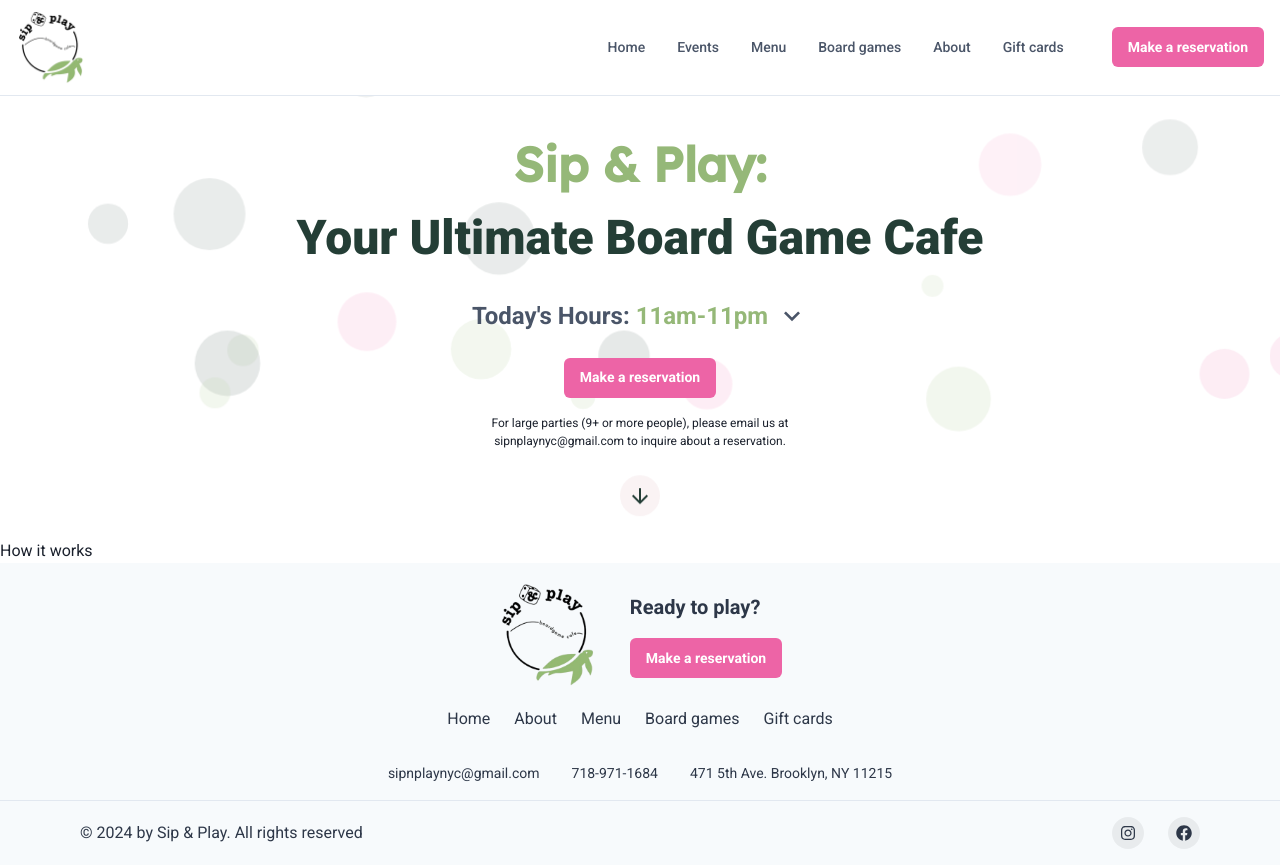
Repository: natespinetti/codedexsummerhackathon
Page: /
The author's editor kept a copy of each file at every save. The page is drawn from the files as they stood at one save, then again after the next save.
The browser window is 1280 px wide. The pictures show the whole page.
The project was rebuilt for these pictures with package versions that can differ from the ones it lists, and the page was loaded fresh each time. The framework's server and built-in components were replaced by stand-ins that run in the browser. Also part of the build but not shown: next.config.mjs.

Above is the page before, as saved 2024-07-11 16:44:32.

### app/layout.tsx
"use client";
import Head from "next/head";
import React from "react";
import Header from "./components/Header";
import Footer from "./components/Footer";
import { Providers } from "./components/Providers";

export default function RootLayout({
  children,
}: {
  children: React.ReactNode;
}) {
  return (
    <html lang="en">
      <Head>
        <title>Sip & Play</title>
        <meta name="description" content="Board games and boba!" />
        <meta name="viewport" content="width=device-width, initial-scale=1" />
        <link rel="icon" href="/favicons/favicon.ico" />
      </Head>
      <body>
        <Providers>
          <Header />
          <main>{children}</main>
          <Footer />
        </Providers>
      </body>
    </html>
  );
}

### app/page.tsx
import Image from "next/image";
import HomeHero from "./components/HomeHero";
import { Box, Text, Button, keyframes } from "@chakra-ui/react";

export default function Home() {
  return (
    <>
      <HomeHero />
      <Text as="h2">How it works</Text>
    </>
  );
}

### app/components/Header.tsx
"use client";

import {
  Box,
  Flex,
  Text,
  IconButton,
  Button,
  Stack,
  Collapse,
  Icon,
  Popover,
  PopoverTrigger,
  PopoverContent,
  useColorModeValue,
  useBreakpointValue,
  Image,
  useDisclosure,
} from "@chakra-ui/react";
import {
  HamburgerIcon,
  CloseIcon,
  ChevronDownIcon,
  ChevronRightIcon,
} from "@chakra-ui/icons";
import CurrentDayHours from "./CurrentDaysHours";

export default function Header() {
  const { isOpen, onToggle } = useDisclosure();

  return (
    <Box>
      <Flex
        bg={useColorModeValue("white", "gray.800")}
        color={useColorModeValue("gray.600", "white")}
        minH={"60px"}
        py={{ base: 2 }}
        px={{ base: 4 }}
        borderBottom={1}
        borderStyle={"solid"}
        borderColor={useColorModeValue("gray.200", "gray.900")}
        align={"center"}
      >
        <Flex
          flex={{ base: 1, md: "auto" }}
          ml={{ base: -2 }}
          display={{ base: "flex", md: "none" }}
        >
          <IconButton
            onClick={onToggle}
            icon={
              isOpen ? <CloseIcon w={3} h={3} /> : <HamburgerIcon w={5} h={5} />
            }
            variant={"ghost"}
            aria-label={"Toggle Navigation"}
          />
        </Flex>
        <Flex flex={{ base: 1 }} justify={{ base: "center", md: "start" }}>
          <Text
            textAlign={useBreakpointValue({ base: "center", md: "left" })}
            fontFamily={"heading"}
            color={useColorModeValue("gray.800", "white")}
          >
            <Image
              maxW="70px"
              src="/logos/sipnplay2.png"
              alt="Sip & Play Logo"
            />
          </Text>

          <Flex
            display={{ base: "none", md: "flex" }}
            mr={10}
            alignItems="center"
            ml="auto"
          >
            <DesktopNav />
          </Flex>
        </Flex>

        <Stack
          flex={{ base: 1, md: 0 }}
          justify={"flex-end"}
          direction={"row"}
          spacing={6}
        >
          <Button
            as={"a"}
            display={{ base: "none", md: "inline-flex" }}
            fontSize={"sm"}
            fontWeight={600}
            color={"white"}
            bg={"pink.400"}
            href={"https://www.exploretock.com/sipnplay/"}
            target="_blank"
            _hover={{
              bg: "pink.300",
            }}
          >
            Make a reservation
          </Button>
        </Stack>
      </Flex>

      <Collapse in={isOpen} animateOpacity>
        <MobileNav />
      </Collapse>
    </Box>
  );
}

const DesktopNav = () => {
  const linkColor = useColorModeValue("gray.600", "gray.200");
  const linkHoverColor = useColorModeValue("gray.800", "white");
  const popoverContentBgColor = useColorModeValue("white", "gray.800");

  return (
    <Stack direction={"row"} spacing={4}>
      {NAV_ITEMS.map((navItem) => (
        <Box key={navItem.label}>
          <Popover trigger={"hover"} placement={"bottom-start"}>
            <PopoverTrigger>
              <Box
                as="a"
                p={2}
                href={navItem.href ?? "#"}
                fontSize={"sm"}
                fontWeight={500}
                color={linkColor}
                _hover={{
                  textDecoration: "none",
                  color: linkHoverColor,
                }}
              >
                {navItem.label}
              </Box>
            </PopoverTrigger>

            {navItem.children && (
              <PopoverContent
                border={0}
                boxShadow={"xl"}
                bg={popoverContentBgColor}
                p={4}
                rounded={"xl"}
                minW={"sm"}
              >
                <Stack>
                  {navItem.children.map((child) => (
                    <DesktopSubNav key={child.label} {...child} />
                  ))}
                </Stack>
              </PopoverContent>
            )}
          </Popover>
        </Box>
      ))}
    </Stack>
  );
};

const DesktopSubNav = ({ label, href, subLabel }: NavItem) => {
  return (
    <Box
      as="a"
      href={href}
      role={"group"}
      display={"block"}
      p={2}
      rounded={"md"}
      _hover={{ bg: useColorModeValue("pink.50", "gray.900") }}
    >
      <Stack direction={"row"} align={"center"}>
        <Box>
          <Text
            transition={"all .3s ease"}
            _groupHover={{ color: "pink.400" }}
            fontWeight={500}
          >
            {label}
          </Text>
          <Text fontSize={"sm"}>{subLabel}</Text>
        </Box>
        <Flex
          transition={"all .3s ease"}
          transform={"translateX(-10px)"}
          opacity={0}
          _groupHover={{ opacity: "100%", transform: "translateX(0)" }}
          justify={"flex-end"}
          align={"center"}
          flex={1}
        >
          <Icon color={"pink.400"} w={5} h={5} as={ChevronRightIcon} />
        </Flex>
      </Stack>
    </Box>
  );
};

const MobileNav = () => {
  return (
    <Stack
      bg={useColorModeValue("white", "gray.800")}
      p={4}
      display={{ md: "none" }}
    >
      {NAV_ITEMS.map((navItem) => (
        <MobileNavItem key={navItem.label} {...navItem} />
      ))}
    </Stack>
  );
};

const MobileNavItem = ({ label, children, href }: NavItem) => {
  const { isOpen, onToggle } = useDisclosure();

  return (
    <Stack spacing={4} onClick={children && onToggle}>
      <Box
        py={2}
        as="a"
        href={href ?? "#"}
        justifyContent="space-between"
        alignItems="center"
        _hover={{
          textDecoration: "none",
        }}
      >
        <Text
          fontWeight={600}
          color={useColorModeValue("gray.600", "gray.200")}
        >
          {label}
        </Text>
        {children && (
          <Icon
            as={ChevronDownIcon}
            transition={"all .25s ease-in-out"}
            transform={isOpen ? "rotate(180deg)" : ""}
            w={6}
            h={6}
          />
        )}
      </Box>

      <Collapse in={isOpen} animateOpacity style={{ marginTop: "0!important" }}>
        <Stack
          mt={2}
          pl={4}
          borderLeft={1}
          borderStyle={"solid"}
          borderColor={useColorModeValue("gray.200", "gray.700")}
          align={"start"}
        >
          {children &&
            children.map((child) => (
              <Box as="a" key={child.label} py={2} href={child.href}>
                {child.label}
              </Box>
            ))}
        </Stack>
      </Collapse>
    </Stack>
  );
};

interface NavItem {
  label: string;
  subLabel?: string;
  children?: Array<NavItem>;
  href?: string;
}

const NAV_ITEMS: Array<NavItem> = [
  {
    label: "Home",
    href: "/",
  },
  {
    label: "Events ",
    href: "/",
  },
  {
    label: "Menu",
    children: [
      {
        label: "Coffee",
        subLabel: "Hot and iced coffee options",
        href: "#",
      },
      {
        label: "Specialty drinks",
        subLabel: "Spice it up with flavors and teas",
        href: "#",
      },
      {
        label: "Boba",
        subLabel: "Who doesn't love boba?",
        href: "#",
      },
      {
        label: "Hot bites",
        subLabel: "Some snacks while you play",
        href: "#",
      },
      {
        label: "Sandwiches & salads",
        subLabel: "Need something more? This is the place",
        href: "#",
      },
      {
        label: "Seasonal specials",
        subLabel: "Bevs to fit the season",
        href: "#",
      },
      {
        label: "Beer/wine",
        subLabel: "Rotating menu from local breweries",
        href: "#",
      },
    ],
  },
  {
    label: "Board games",
    href: "#",
  },
  {
    label: "About",
    children: [
      {
        label: "Our story",
        subLabel: "Where it all started",
        href: "#",
      },
      {
        label: "Feedback",
        subLabel: "Let us know what you think",
        href: "#",
      },
    ],
  },
  {
    label: "Gift cards",
    href: "#",
  },
];

### app/components/Footer.tsx
"use client";

import {
  Box,
  chakra,
  Container,
  Stack,
  Text,
  useColorModeValue,
  Button,
  Image,
  VisuallyHidden,
} from "@chakra-ui/react";
import { FaInstagram, FaTwitter, FaYoutube, FaFacebook } from "react-icons/fa";
import { ReactNode } from "react";

const SocialButton = ({
  children,
  label,
  href,
}: {
  children: ReactNode;
  label: string;
  href: string;
}) => {
  return (
    <chakra.button
      bg={useColorModeValue("blackAlpha.100", "whiteAlpha.100")}
      rounded={"full"}
      w={8}
      h={8}
      cursor={"pointer"}
      as={"a"}
      href={href}
      display={"inline-flex"}
      alignItems={"center"}
      justifyContent={"center"}
      transition={"background 0.3s ease"}
      _hover={{
        bg: useColorModeValue("blackAlpha.200", "whiteAlpha.200"),
      }}
    >
      <VisuallyHidden>{label}</VisuallyHidden>
      {children}
    </chakra.button>
  );
};

export default function Footer() {
  return (
    <>
      {/* <iframe
        src="https://www.google.com/maps/embed?pb=!1m19!1m8!1m3!1d48423.28708097213!2d-73.98076851318362!3d40.66393288184943!3m2!1i1024!2i768!4f13.1!4m8!3e0!4m0!4m5!1s0x89c25b963c296a77%3A0x33cab105836ef465!2sSip%20%26%20Play%2C%20471%205th%20Ave%2C%20Brooklyn%2C%20NY%2011215!3m2!1d40.668128599999996!2d-73.9869454!5e0!3m2!1sen!2sus!4v1720729656891!5m2!1sen!2sus"
        width="100%"
        height="200"
        style={{ border: 0 }}
        loading="lazy"
        referrerPolicy="no-referrer-when-downgrade"
      ></iframe> */}
      <Box
        bg={useColorModeValue("gray.50", "gray.900")}
        color={useColorModeValue("gray.700", "gray.200")}
      >
        <Container
          as={Stack}
          maxW={"6xl"}
          py={4}
          spacing={4}
          justify={"center"}
          align={"center"}
        >
          <Box display="flex" flexDir="row" alignItems="center" gridGap="2rem">
            <Image
              maxW="100px"
              src="/logos/sipnplay2.png"
              alt="Sip & Play Logo"
            />
            <Box>
              <Text fontWeight={700} fontSize="20px" pb="1rem">
                Ready to play?
              </Text>
              <Button
                as={"a"}
                display={{ base: "none", md: "inline-flex" }}
                fontSize={"sm"}
                fontWeight={600}
                color={"white"}
                bg={"pink.400"}
                href={"https://www.exploretock.com/sipnplay/"}
                target="_blank"
                _hover={{
                  bg: "pink.300",
                }}
              >
                Make a reservation
              </Button>
            </Box>
          </Box>
          <Stack direction={"row"} spacing={6}>
            <Box as="a" href={"#"}>
              Home
            </Box>
            <Box as="a" href={"#"}>
              About
            </Box>
            <Box as="a" href={"#"}>
              Menu
            </Box>
            <Box as="a" href={"#"}>
              Board games
            </Box>
            <Box as="a" href={"#"}>
              Gift cards
            </Box>
          </Stack>
          <Box
            display="flex"
            flexDir="row"
            gridGap="2rem"
            fontSize="14px"
            mt="1rem"
          >
            <Text as="a" href={"mailto:sipnplaynyc@gmail.com"}>
              sipnplaynyc@gmail.com
            </Text>
            <Text as="a" href={"tel:718-971-1684"}>
              718-971-1684
            </Text>
            <Text
              as="a"
              target="_blank"
              href={
                "https://www.google.com/maps/dir//471+5th+Ave,+Brooklyn,+NY+11215/@40.6680993,-74.0693463,12z/data=!4m8!4m7!1m0!1m5!1m1!1s0x89c25b963c296a77:0x33cab105836ef465!2m2!1d-73.9869454!2d40.6681286?entry=ttu"
              }
            >
              471 5th Ave. Brooklyn, NY 11215
            </Text>
          </Box>
        </Container>

        <Box
          borderTopWidth={1}
          borderStyle={"solid"}
          borderColor={useColorModeValue("gray.200", "gray.700")}
        >
          <Container
            as={Stack}
            maxW={"6xl"}
            py={4}
            direction={{ base: "column", md: "row" }}
            spacing={4}
            justify={{ base: "center", md: "space-between" }}
            align={{ base: "center", md: "center" }}
          >
            <Text>© 2024 by Sip & Play. All rights reserved</Text>
            <Stack direction={"row"} spacing={6}>
              <SocialButton
                label={"Instagram"}
                href={"https://www.instagram.com/sipnplaynyc/?hl=en"}
              >
                <FaInstagram />
              </SocialButton>
              <SocialButton
                label={"Facebook"}
                href={"https://www.facebook.com/sipnplaynyc/"}
              >
                <FaFacebook />
              </SocialButton>
            </Stack>
          </Container>
        </Box>
      </Box>
    </>
  );
}

### app/components/Providers.tsx
import { SPTheme } from "@/ui/theme/theme";
import { ChakraProvider } from "@chakra-ui/react";
import { ReactNode } from "react";

export function Providers({ children }: { children: ReactNode }) {
  return <ChakraProvider theme={SPTheme}>{children}</ChakraProvider>;
}

### app/components/HomeHero.tsx
"use client";
import { Box, Text, Button, keyframes } from "@chakra-ui/react";
import CurrentDayHours from "./CurrentDaysHours";
import {
  HamburgerIcon,
  CloseIcon,
  ChevronDownIcon,
  ArrowDownIcon,
} from "@chakra-ui/icons";

const bubbleAnimation = keyframes`
  0% {
    transform: translateY(100px) scale(1);
    opacity: 1;
  }
  100% {
    transform: translateY(-1000px) scale(1.5);
    opacity: 0;
  }
`;

const upDownAnimation = keyframes`
  0% {
    transform: translateY(0);
  }
  50% {
    transform: translateY(10px);
  }
  100% {
    transform: translateY(0px);
  }
`;

const bubbles = new Array(20).fill(0).map((_, index) => ({
  id: index,
  size: Math.random() * 3 + 1,
  left: Math.random() * 100,
  animationDuration: Math.random() * 20 + 10,
  animationDelay: Math.random() * 100,
}));

export default function HomeHero() {
  return (
    <>
      <Box position="relative" overflow="hidden" h="100%" w="100%">
        {bubbles.map((bubble, index) => (
          <Box
            key={bubble.id}
            position="absolute"
            bottom="0"
            left={`${bubble.left}%`}
            width={`${bubble.size}rem`}
            height={`${bubble.size}rem`}
            bg={
              index % 3 === 0
                ? "rgba(148, 185, 115, 0.3)"
                : index % 3 === 1
                ? "rgba(36, 62, 54, 0.3)"
                : "rgba(237, 100, 166, 0.3)"
            }
            borderRadius="50%"
            animation={`${bubbleAnimation} ${bubble.animationDuration}s linear infinite`}
            transitionDelay={`${bubble.animationDelay}s`}
          />
        ))}
        <Box
          position="relative"
          w="100vw"
          p="2rem"
          display="flex"
          flexDir="column"
          justifyItems="center"
          alignItems="center"
          gridGap="1rem"
          bg="rgba(255, 255, 255, 0.5)"
        >
          <Text
            as="h1"
            fontFamily="body"
            fontWeight="900"
            fontSize="3rem"
            color="#243E36"
            textAlign="center"
          >
            <Text
              as="span"
              color="#95b878"
              fontWeight="900"
              fontFamily="heading"
              fontSize="3rem"
            >
              Sip & Play:
              <br />
            </Text>
            Your Ultimate Board Game Cafe
          </Text>
          <CurrentDayHours />
          <Button
            as={"a"}
            display={{ base: "none", md: "inline-flex" }}
            fontSize={"sm"}
            fontWeight={600}
            color={"white"}
            bg={"pink.400"}
            href={"https://www.exploretock.com/sipnplay/"}
            target="_blank"
            _hover={{
              bg: "pink.300",
            }}
          >
            Make a reservation
          </Button>

          <Text
            fontSize="12px"
            w={{ base: "100%", md: "30%" }}
            textAlign="center"
          >
            For large parties (9+ or more people), please email us at{" "}
            <Text as="a" href="mailto:sipnplaynyc@gmail.com">
              sipnplaynyc@gmail.com
            </Text>{" "}
            to inquire about a reservation.
          </Text>
          <Box
            bg="rgba(246, 232, 234, 0.5)"
            p=".5rem"
            borderRadius="50%"
            animation={`${upDownAnimation} 4s ease-in-out infinite`}
          >
            <ArrowDownIcon color="#243E36" fontSize="1.5rem" />
          </Box>
        </Box>
      </Box>
    </>
  );
}

### ui/theme/theme.tsx
import { extendTheme } from "@chakra-ui/react";
import { fonts } from "./fonts";

const overrides = {
  fonts,
};

export const SPTheme = extendTheme(overrides);

### app/components/CurrentDaysHours.tsx
import React, { useState } from "react";
import { Box, Text, useColorModeValue, useDisclosure } from "@chakra-ui/react";
import {
  Popover,
  PopoverTrigger,
  PopoverContent,
  PopoverHeader,
  PopoverBody,
  PopoverFooter,
  PopoverArrow,
  PopoverCloseButton,
  Button,
  PopoverAnchor,
} from "@chakra-ui/react";
import {
  HamburgerIcon,
  CloseIcon,
  ChevronDownIcon,
  ChevronRightIcon,
} from "@chakra-ui/icons";

const openingHours: { [key: number]: string } = {
  0: "10am-11pm", //Sunday
  1: "11am-11pm", // Monday
  2: "11am-11pm", // Tuesday
  3: "11am-11pm", // Wednesday
  4: "11am-11pm", // Thursday
  5: "11am-12am", // Friday
  6: "10am-12am", // Saturday
};

export default function CurrentDayHours() {
  const { isOpen, onOpen, onClose } = useDisclosure();

  const currentDay = new Date().getDay();
  const hours = openingHours[currentDay];
  const linkColor = useColorModeValue("gray.600", "gray.200");
  const linkHoverColor = useColorModeValue("gray.800", "white");
  const popoverContentBgColor = useColorModeValue("white", "gray.800");
  const handleItemClick = () => {
    if (isOpen) {
      onClose();
    } else {
      onOpen();
    }
  };
  return (
    <Box textAlign="center" fontSize="16px">
      <Popover
        trigger={"hover"}
        placement={"bottom-start"}
        isOpen={isOpen}
        onOpen={onOpen}
        onClose={onClose}
      >
        <PopoverTrigger>
          <Box
            p={2}
            fontSize={"sm"}
            fontWeight={500}
            color={linkColor}
            _hover={{
              textDecoration: "none",
              color: linkHoverColor,
            }}
          >
            <Box
              display="flex"
              flexDir="row"
              gridGap=".5rem"
              alignItems="center"
              onClick={handleItemClick}
            >
              <Text fontWeight="bold" fontSize="1.5rem" cursor="pointer">
                Today's Hours:{" "}
                <Text color="#95b878" as="span">
                  {hours}
                </Text>
              </Text>
              <ChevronDownIcon
                fontSize="2rem"
                transform={isOpen ? "rotate(180deg)" : "rotate(0deg)"}
                transition="transform 0.2s"
              />
            </Box>
          </Box>
        </PopoverTrigger>

        <PopoverContent
          border={0}
          boxShadow={"xl"}
          bg={popoverContentBgColor}
          p={4}
          rounded={"xl"}
          minW={"sm"}
        >
          <Box display="flex" flexDir="column" textAlign="left">
            <Text fontWeight="bold">
              Sunday:{" "}
              <Text color="#95b878" as="span">
                10am-11pm
              </Text>
            </Text>
            <Text fontWeight="bold">
              Monday:{" "}
              <Text color="#95b878" as="span">
                11am-11pm
              </Text>
            </Text>
            <Text fontWeight="bold">
              Tuesday:{" "}
              <Text color="#95b878" as="span">
                11am-11pm
              </Text>
            </Text>
            <Text fontWeight="bold">
              Wednesday:{" "}
              <Text color="#95b878" as="span">
                11am-11pm
              </Text>
            </Text>
            <Text fontWeight="bold">
              Thursday:{" "}
              <Text color="#95b878" as="span">
                11am-11pm
              </Text>
            </Text>
            <Text fontWeight="bold">
              Friday:{" "}
              <Text color="#95b878" as="span">
                11am-12am
              </Text>
            </Text>
            <Text fontWeight="bold">
              Saturday:{" "}
              <Text color="#95b878" as="span">
                10am-12am
              </Text>
            </Text>
          </Box>
        </PopoverContent>
      </Popover>
    </Box>
  );
}

### ui/theme/fonts.tsx
import { Roboto, Lexend } from "next/font/google";

const roboto = Roboto({
  subsets: ["latin"],
  display: "swap",
  weight: ["100", "300", "400", "500", "700", "900"],
  style: ["normal", "italic"],
});

const lexend = Lexend({
  subsets: ["latin"],
  display: "swap",
  weight: ["300", "400", "500"],
  style: ["normal"],
});

export const fonts = {
  heading: lexend.style.fontFamily,
  body: roboto.style.fontFamily,
};

After the next save:
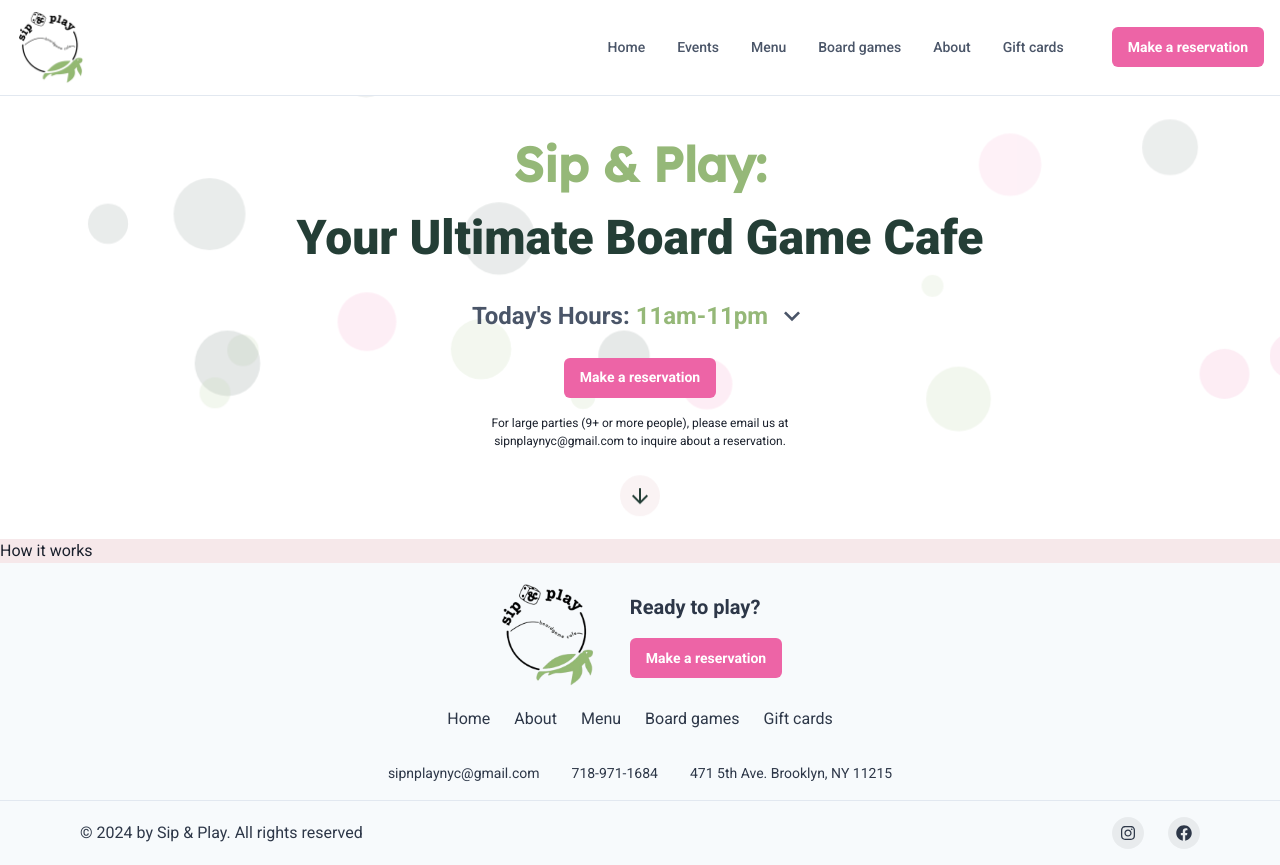
Saved 27 s later.
--- a/app/page.tsx
+++ b/app/page.tsx
@@ -6,7 +6,9 @@
   return (
     <>
       <HomeHero />
-      <Text as="h2">How it works</Text>
+      <Box bg="#F6E8EA">
+        <Text as="h2">How it works</Text>
+      </Box>
     </>
   );
 }
